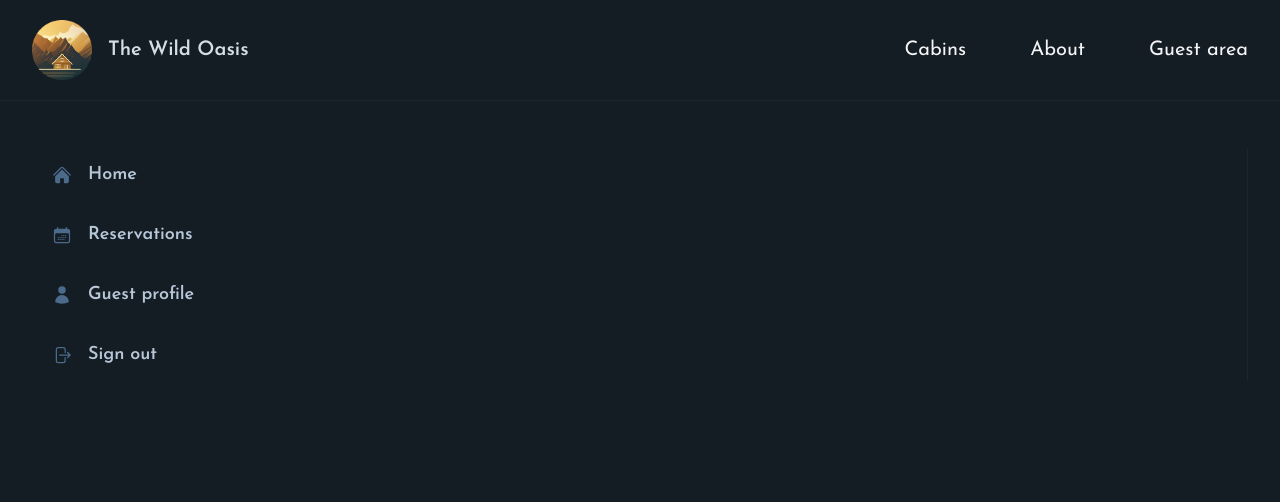
Repository: hyready/Next
Page: /account/reservations
The author's editor kept a copy of each file at every save. The page is drawn from the files as they stood at one save, then again after a run of saves.
The browser window is 1280 px wide. The pictures show the whole page.
The project was rebuilt for these pictures with package versions that can differ from the ones it lists, and the page was loaded fresh each time. The framework's server and built-in components were replaced by stand-ins that run in the browser. Also part of the build but not shown: next.config.mjs, app/_components/DeleteReservation.js, app/_components/ReservationCard.js.

Above is the page before, as saved 2025-01-06 15:58:37.

### app/layout.js
import '@/app/_styles/globals.css'
import { Josefin_Sans } from 'next/font/google'
import Header from '@/app/_components/Header'
const josefin = Josefin_Sans({
  subsets: ['latin'],
  display: 'swap'
})
export const metadata = {
  title: {
    template: '%s the world osis',
    default: 'the world next'
  },
  description:
    'Luxurious cabin hotel, located in the heart of the Italian Dolomites, surrounded by beautiful mountains and dark forests'
}

export default function RootLayout({ children }) {
  return (
    <html lang='en'>
      <body
        className={`${josefin.className} antialiased bg-primary-950 text-gray-100 min-h-screen flex flex-col`}
      >
        <Header />
        <div className='flex-1 px-8 py-12'>
          <main className='"max-w-7xl mx-auto '> {children}</main>
        </div>
      </body>
    </html>
  )
}

### app/account/layout.js
import SideNavigation from '../_components/SideNavigation'

export default function Layout() {
  return (
    <div className=''>
      <SideNavigation />
    </div>
  )
}

### app/account/reservations/page.js
import ReservationCard from '@/app/_components/ReservationCard'
import Link from 'next/link'

export default function Page() {
  // CHANGE
  const bookings = []

  return (
    <div>
      <h2 className='font-semibold text-2xl text-accent-400 mb-7'>
        Your reservations
      </h2>

      {bookings.length === 0 ? (
        <p className='text-lg'>
          You have no reservations yet. Check out our{' '}
          <Link
            className='underline text-accent-500'
            href='/cabins'
          >
            luxury cabins &rarr;
          </Link>
        </p>
      ) : (
        <ul className='space-y-6'>
          {bookings.map(booking => (
            <ReservationCard
              booking={booking}
              key={booking.id}
            />
          ))}
        </ul>
      )}
    </div>
  )
}

### app/_components/SideNavigation.js
import {
  CalendarDaysIcon,
  HomeIcon,
  UserIcon,
} from '@heroicons/react/24/solid';
import SignOutButton from './SignOutButton';

const navLinks = [
  {
    name: 'Home',
    href: '/account',
    icon: <HomeIcon className='h-5 w-5 text-primary-600' />,
  },
  {
    name: 'Reservations',
    href: '/account/reservations',
    icon: <CalendarDaysIcon className='h-5 w-5 text-primary-600' />,
  },
  {
    name: 'Guest profile',
    href: '/account/profile',
    icon: <UserIcon className='h-5 w-5 text-primary-600' />,
  },
];

function SideNavigation() {
  return (
    <nav className='border-r border-primary-900'>
      <ul className='flex flex-col gap-2 h-full text-lg'>
        {navLinks.map((link) => (
          <li key={link.name}>
            <a
              className={`py-3 px-5 hover:bg-primary-900 hover:text-primary-100 transition-colors flex items-center gap-4 font-semibold text-primary-200`}
              href={link.href}
            >
              {link.icon}
              <span>{link.name}</span>
            </a>
          </li>
        ))}

        <li className='mt-auto'>
          <SignOutButton />
        </li>
      </ul>
    </nav>
  );
}

export default SideNavigation;

### app/_components/Navigation.js
import Link from 'next/link'

export default function Navigation() {
  return (
    <nav className='z-10 text-xl'>
      <ul className='flex gap-16 items-center'>
        <li>
          <Link
            href='/cabins'
            className='hover:text-accent-400 transition-colors'
          >
            Cabins
          </Link>
        </li>
        <li>
          <Link
            href='/about'
            className='hover:text-accent-400 transition-colors'
          >
            About
          </Link>
        </li>
        <li>
          <Link
            href='/account'
            className='hover:text-accent-400 transition-colors'
          >
            Guest area
          </Link>
        </li>
      </ul>
    </nav>
  )
}

### app/_components/Logo.js
import Link from 'next/link'
import Image from 'next/image'
function Logo() {
  return (
    <Link
      href='/'
      className='flex items-center gap-4 z-10'
    >
      <Image
        height={60}
        width={60}
        alt='The Wild Oasis logo'
        src='/logo.png'
      />
      <span className='text-xl font-semibold text-primary-100'>
        The Wild Oasis
      </span>
    </Link>
  )
}

export default Logo

### tailwind.config.mjs
/** @type {import('tailwindcss').Config} */
module.exports = {
  content: [
    './pages/**/*.{js,ts,jsx,tsx,mdx}',
    './_components/**/*.{js,ts,jsx,tsx,mdx}',
    './app/**/*.{js,ts,jsx,tsx,mdx}'
  ],
  theme: {
    extend: {
      colors: {
        primary: {
          50: '#E1E8EF',
          100: '#D4DEE7',
          200: '#B7C7D7',
          300: '#99B0C7',
          400: '#7C99B6',
          500: '#5E82A6',
          600: '#4C6B8A',
          700: '#3C546C',
          800: '#2C3D4F',
          900: '#1B2631',
          950: '#141C24'
        },
        accent: {
          50: '#FAF5F0',
          100: '#F4ECE1',
          200: '#E8D6BF',
          300: '#DDC2A2',
          400: '#D2AF84',
          500: '#C69963',
          600: '#B78343',
          700: '#926835',
          800: '#6C4D28',
          900: '#4B351B',
          950: '#382814'
        }
      }
    }
  },
  plugins: []
}

Loaded but not shown: app/_styles/globals.css (common file); app/_components/Header.js (common file); app/_components/SignOutButton.js (common file)

After the next 2 saves:
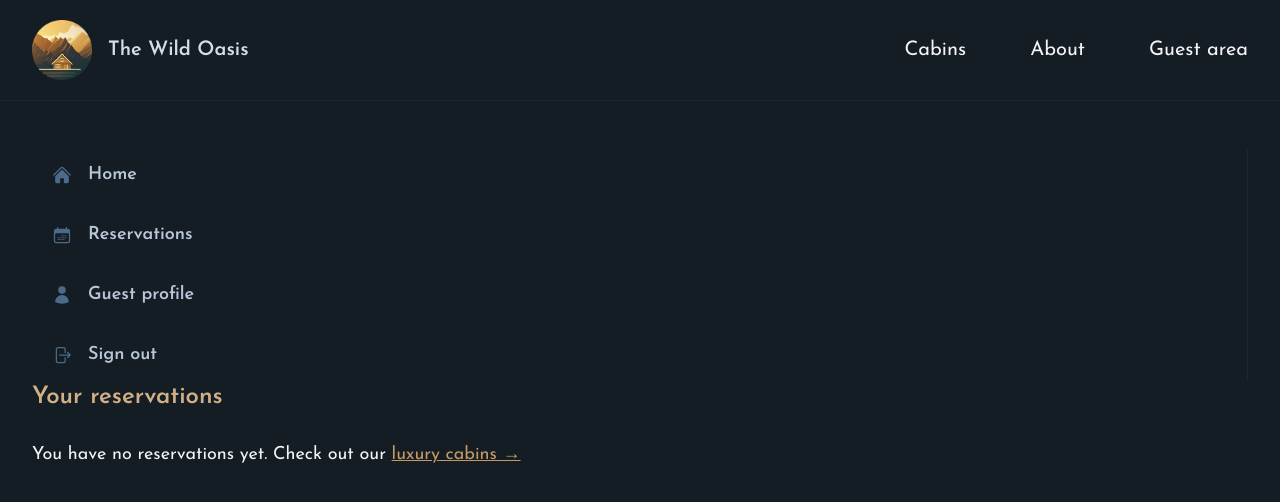
The 2 saves are shown as one change because 1 did not build or start.
The last was saved 27 s later.
--- a/app/account/layout.js
+++ b/app/account/layout.js
@@ -1,9 +1,10 @@
 import SideNavigation from '../_components/SideNavigation'
 
-export default function Layout() {
+export default function Layout({ children }) {
   return (
     <div className=''>
       <SideNavigation />
+      <main>{children}</main>
     </div>
   )
 }
